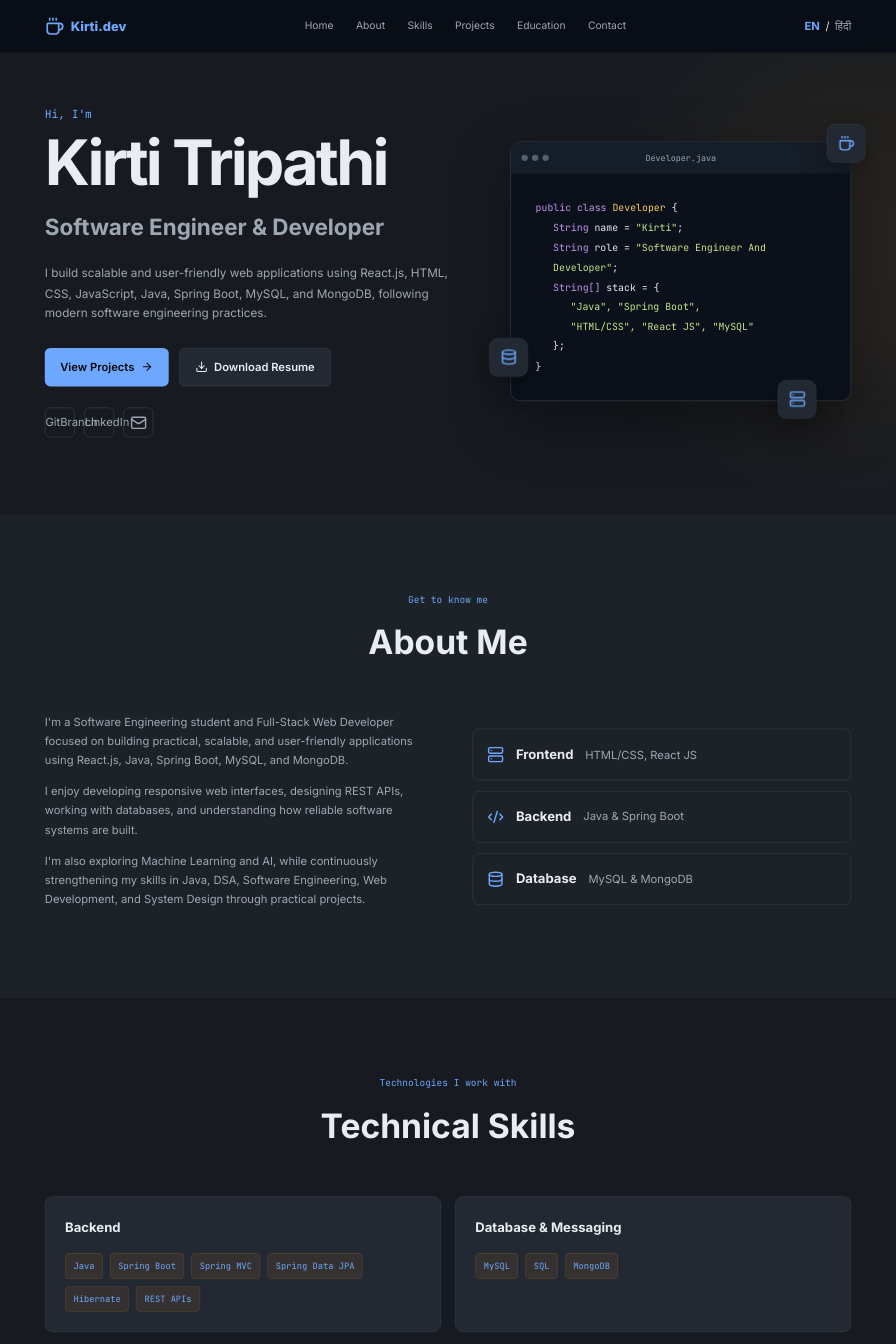
Repository: Rashi-Kirti06/En-Hi-Portfolio
Page: /
An editor plug-in stored every save of this project. The page is shown before and after a run of saves, followed by the edit.
The browser window is 1280 px wide. The pictures show the part of the page from y = 0 to 1920 px (the page is 4993 px tall), at 70% of full size.
The project was rebuilt for these pictures with package versions that can differ from the ones it lists, and the page was loaded fresh each time. Also part of the build but not shown: vite.config.js.

Above is the page before, as saved 2026-09-06 16:55:27.

After the next 2 saves:
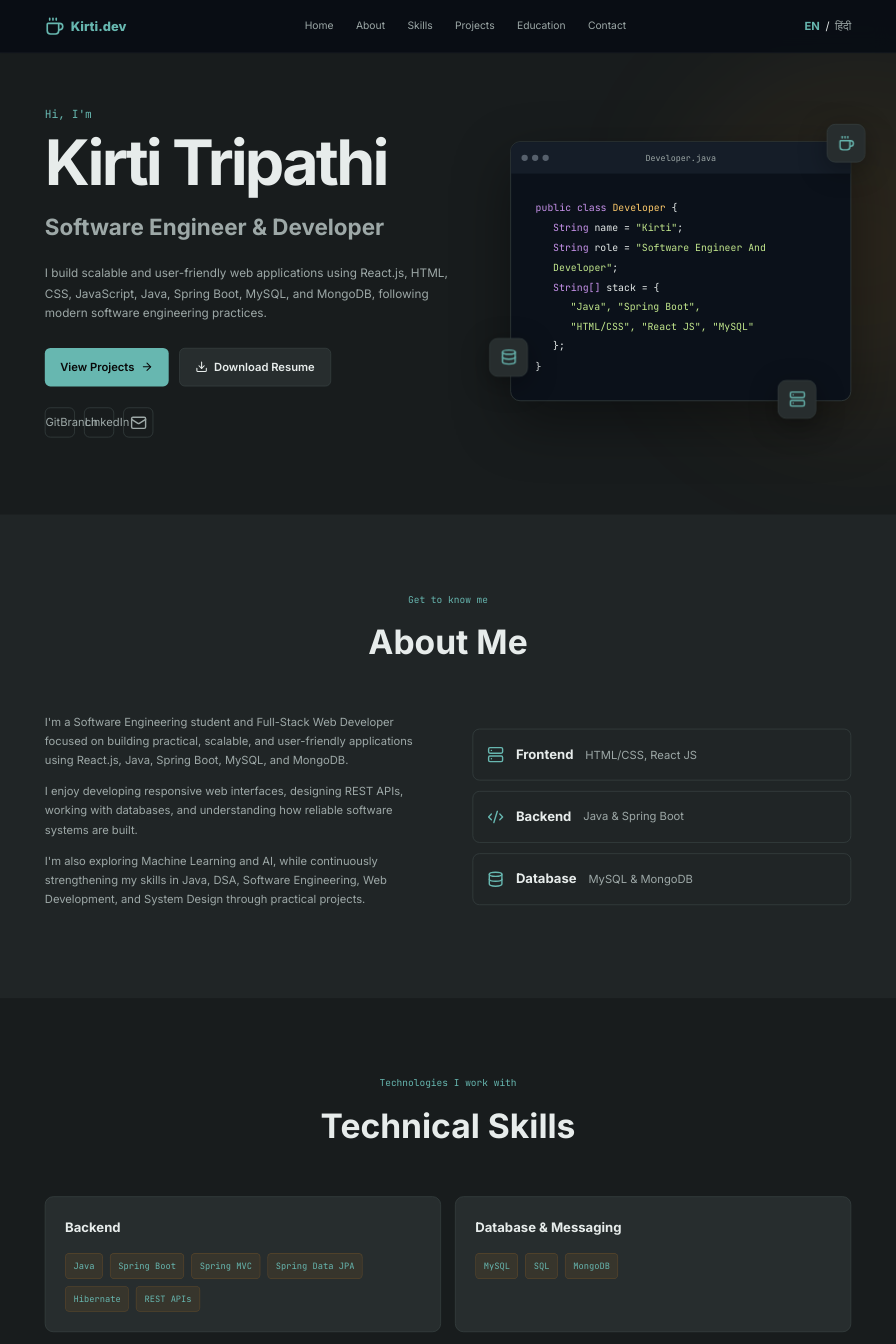
The 2 saves are shown as one change because they came seconds apart.
The last was saved 20 s later.
--- a/src/index.css
+++ b/src/index.css
@@ -160,7 +160,7 @@
 --green: #15803d;
 --border: #dbe3ec; */
 
---background: #171b21;
+/* --background: #171b21;
 --background-secondary: #1d2229;
 --card: #232932;
 --card-hover: #29313b;
@@ -169,7 +169,18 @@
 --primary: #6ea8fe;
 --primary-hover: #82b5ff;
 --green: #70c596;
---border: #343c47;
+--border: #343c47; */
+
+--background: #181c1d;
+--background-secondary: #202526;
+--card: #272d2e;
+--card-hover: #2e3637;
+--text: #e7eceb;
+--text-muted: #9da8a7;
+--primary: #67b7b0;
+--primary-hover: #79c5be;
+--green: #78c99a;
+--border: #394243;
 
 
   --max-width: 1180px;
